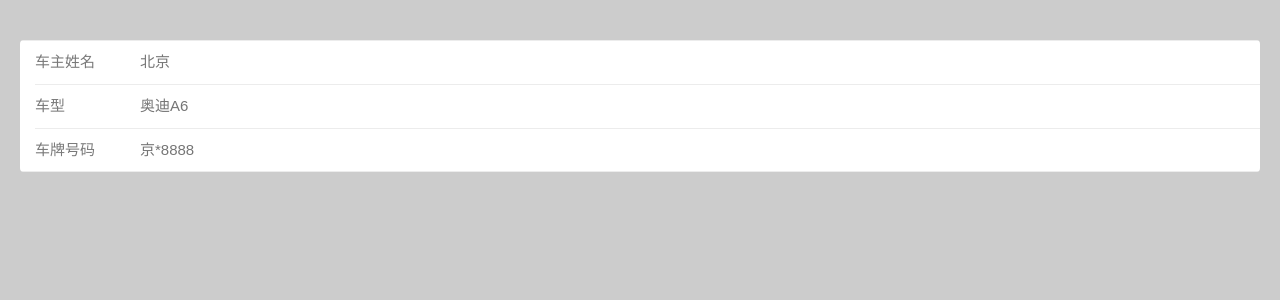
Repository: family-car/car
Page: vehicleEntry.html
The author's editor kept a copy of each file at every save. The page is drawn from the files as they stood at one save, then again after the next save.
The browser window is 1280 px wide. The pictures show the whole page.

Above is the page before, as saved 2020-05-11 21:14:01.

After the next save:
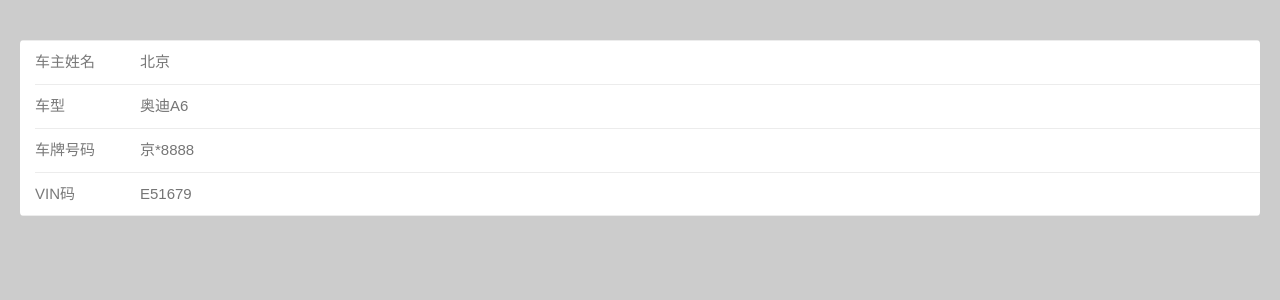
Saved 23 s later.
--- a/vehicleEntry.html
+++ b/vehicleEntry.html
@@ -41,6 +41,12 @@
               <input class="weui-input" type="readonly" placeholder="京*8888">
             </div>
         </div>
+        <div class="weui-cell">
+            <div class="weui-cell__hd"><label class="weui-label">VIN码</label></div>
+            <div class="weui-cell__bd">
+              <input class="weui-input" type="readonly" placeholder="E51679">
+            </div>
+        </div>
     </div>
    </div>
 </div>
